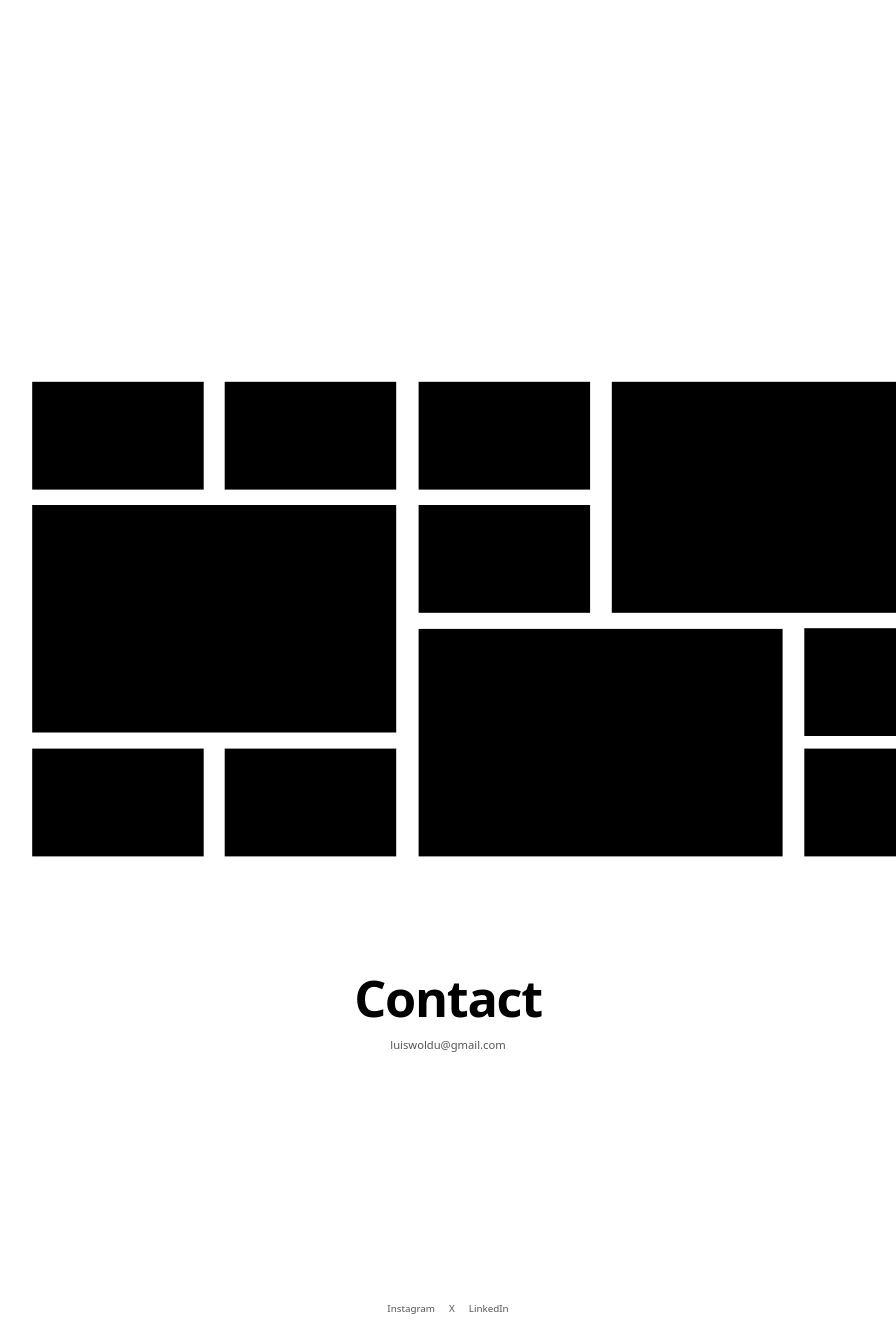
Repository: luiswoldu/personal
Page: /
An editor plug-in stored every save of this project. The page is shown before and after the next save, followed by the edit.
The browser window is 1280 px wide. The pictures show the part of the page from y = 918 to 2838 px (the page is 2838 px tall), at 70% of full size.
The project was rebuilt for these pictures with package versions that can differ from the ones it lists, and the page was loaded fresh each time. Also part of the build but not shown: vite.config.js.

Above is the page before, as saved 2025-01-08 22:27:50.

After the next save:
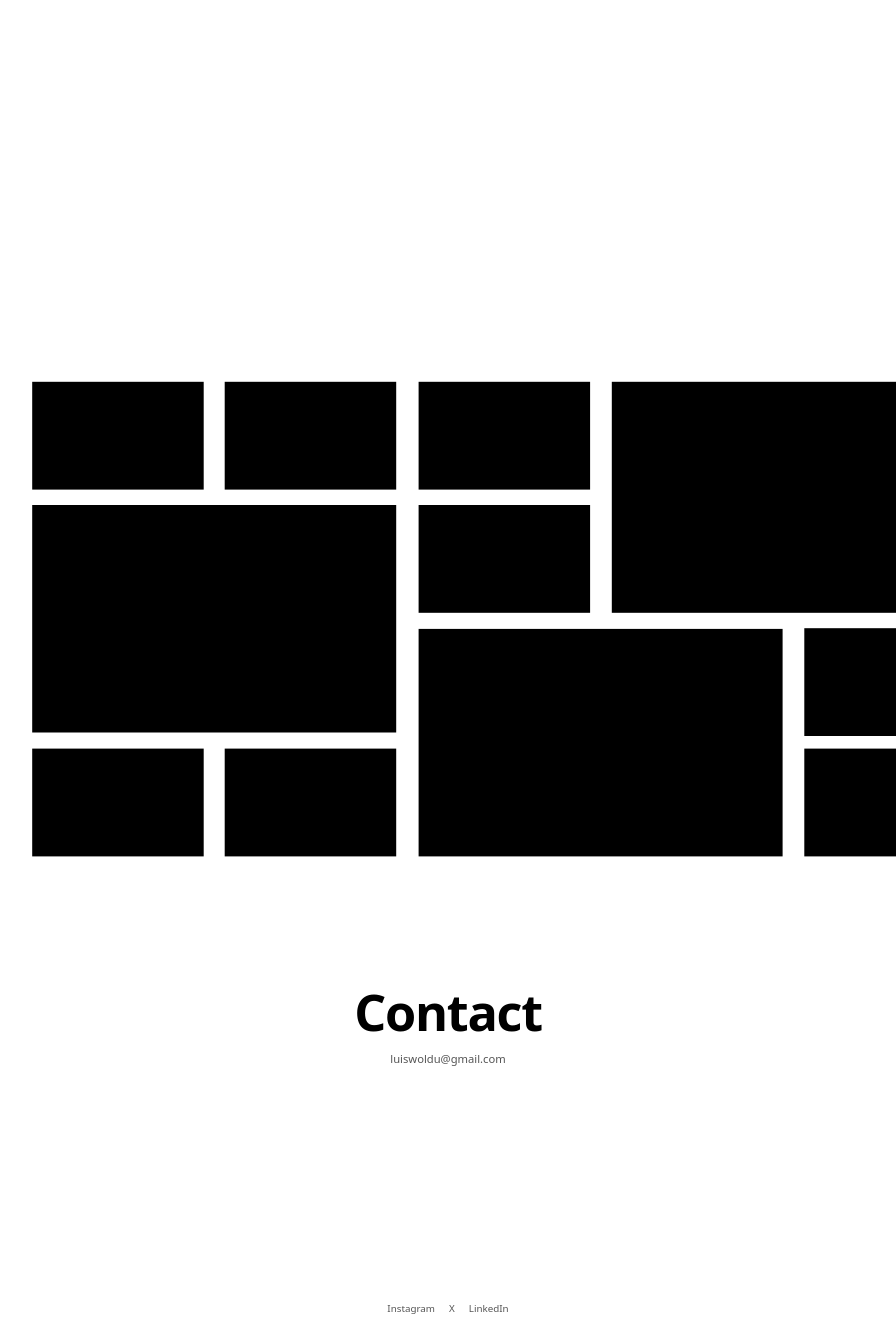
Saved 4 s later.
--- a/src/components/Contact.jsx
+++ b/src/components/Contact.jsx
@@ -26,7 +26,7 @@ const Contact = () => {
     position: 'relative',
     zIndex: 1,
     margin: 0,
-    padding: '120px 0 28px 0', // Reduced padding-bottom by 30% (from 40px to 28px)
+    padding: '140px 0 28px 0', // Reduced padding-bottom by 30% (from 40px to 28px)
     width: '100%',
   }}>
 
